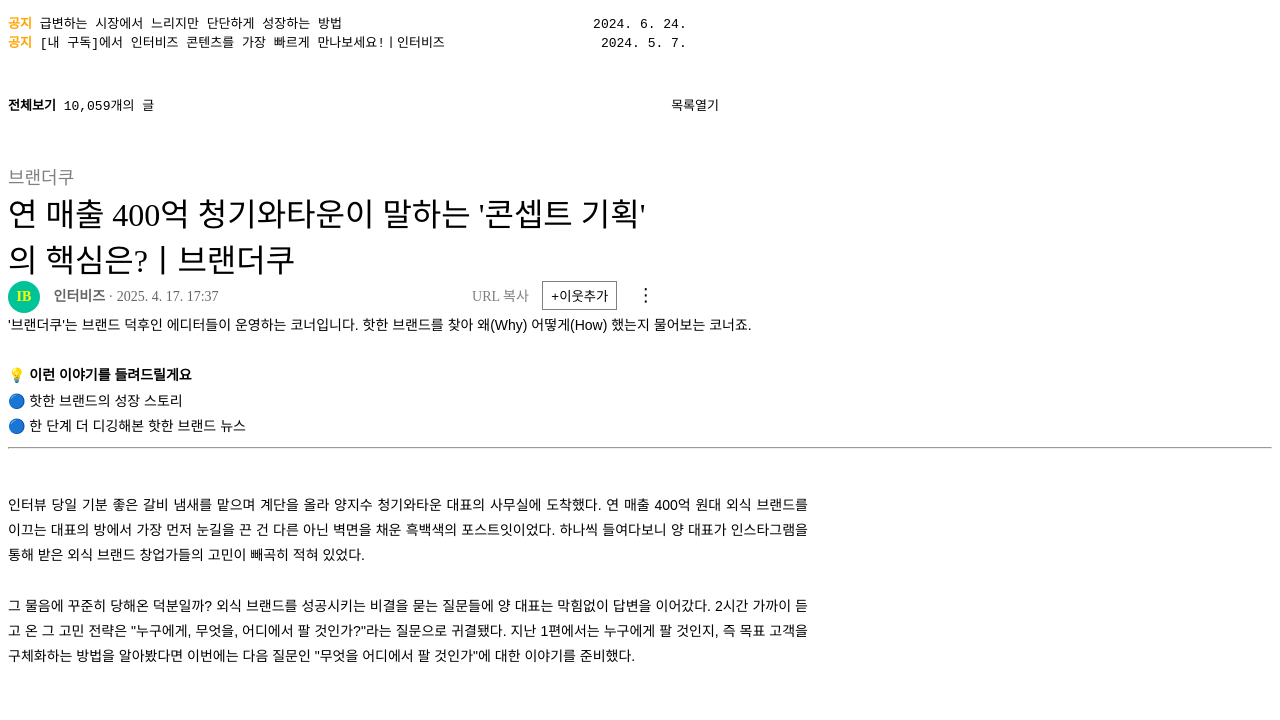
Repository: msgggg1/webPro
Page: webPro/src/main/webapp/html/days02/ex11.html
The author's editor kept a copy of each file at every save. The page is drawn from the files as they stood at one save, then again after the next save.
The browser window is 1280 px wide. The pictures show the whole page.

Above is the page before, as saved 2025-04-22 15:29:41.

After the next save:
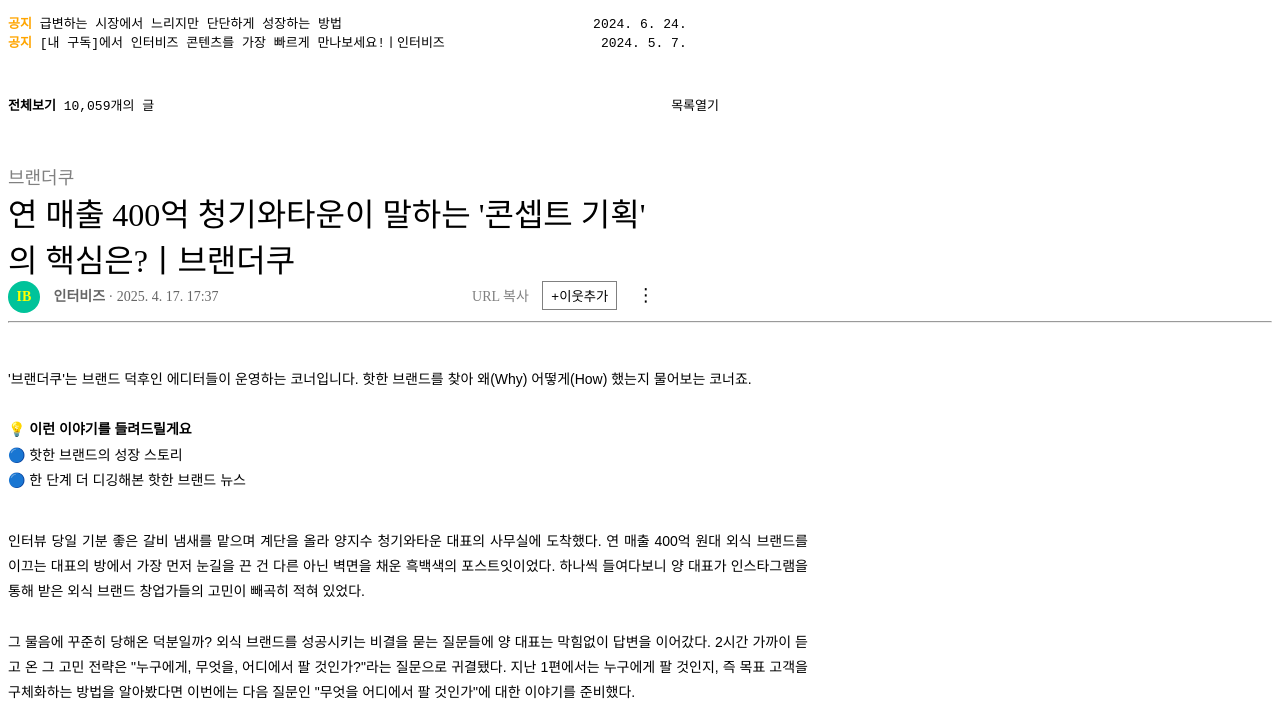
Saved 23 s later.
--- a/webPro/src/main/webapp/html/days02/ex11.html
+++ b/webPro/src/main/webapp/html/days02/ex11.html
@@ -60,6 +60,8 @@
   ⋮
 </button>
 </font>
+<hr>
+<br>
 <br>
 <!-- 본문 -->
 <font style="font-family: sans-serif; font-size: 14px; line-height: 1.8; display: block; width: 800px; text-align: justify;">
@@ -69,7 +71,6 @@
   🔵 핫한 브랜드의 성장 스토리<br>
   🔵 한 단계 더 디깅해본 핫한 브랜드 뉴스
 </font>
-<hr>
 <br><br>
 
 <!-- 본문 내용 -->
